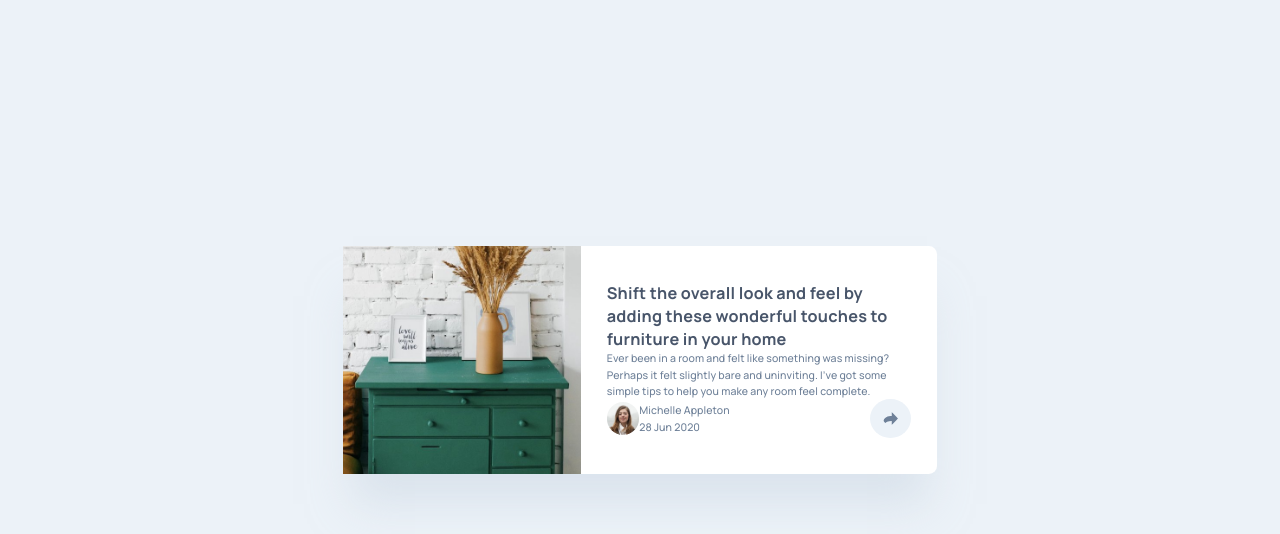
Repository: brandontaylor1/article-preview-component
Page: index.html
An editor plug-in stored every save of this project. The page is shown before and after the next save, followed by the edit.
The browser window is 1280 px wide. The pictures show the whole page.

Above is the page before, as saved 2025-01-13 22:14:18.

### index.html
<!DOCTYPE html>
<html lang="en">
<head>
    <meta charset="UTF-8">
    <meta name="viewport" content="width=device-width, initial-scale=1.0">
    <link rel="preconnect" href="https://fonts.googleapis.com">
    <link rel="preconnect" href="https://fonts.gstatic.com" crossorigin>
    <link href="https://fonts.googleapis.com/css2?family=Manrope:wght@200..800&display=swap" rel="stylesheet">
    <link rel="stylesheet" href="styles.css">
    <title>Article Preview Component</title>
</head>
<body>

    <div class="container">
        <main class="component">
            <div class="img-container">

            </div>
            <div class="component-content">
                <h2>Shift the overall look and feel by adding these wonderful touches to furniture in your home</h2>
                <p>Ever been in a room and felt like something was missing? Perhaps it felt slightly bare and uninviting. I’ve got some simple tips to help you make any room feel complete.</p>
                    <div class="social-box">
                        <div class="social-info">
                            <img src="./assets/images/avatar-michelle.jpg" alt="Picture of User Michelle">
                            <div class="social-info-text">
                                <p>Michelle Appleton</p>
                                <p>28 Jun 2020</p>
                        </div>
                    </div>
                    <img src="./assets/images/icon-share.svg" class="share-btn" alt="Share Icon">
                </div>
            </div>
        </main>
    </div>

    <script src="index.js"></script>
</body>
</html>

### styles.css
* {
    margin: 0;
    padding: 0;
    box-sizing: border-box;
}

:root {
    /* COLORS */
    --dark-grayish-blue: hsl(217, 19%, 35%);
    --desaturated-dark-blue: hsl(214, 17%, 51%);
    --grayish-blue: hsl(212, 23%, 69%);
    --light-grayish-blue: hsl(210, 46%, 95%);
}

html {
    font-size: 13px;
}

body {
    font-family: 'Nunito', sans-serif;
    background-color: var(--light-grayish-blue);
}

.container {
    height: 100vh;
    display: flex;
    justify-content: center;
    align-items: center;

}

.component {
    width: 45.625rem;
    height: 17.5rem;
    display: flex;
    align-items: center;
    justify-content: space-between;
    border-radius: 0.625rem;
    background: #FFF;
    box-shadow: 0px 40px 40px -10px rgba(201, 213, 225, 0.50);

}

.img-container {
    width: 21.87rem;
    height: 100%;
    display: flex;
    justify-content: center;
    align-items: center;
    background-image: url('./assets/images/drawers.jpg');
    background-size: cover;
    background-position: center;
    background-repeat: no-repeat;
}
/*
.img-container img {
    width: 100%;
    height: auto;
    border-radius: 0.625rem 0 0 0.625rem;
} */

.component-content {
    width: 32rem;
    padding: 2rem;
}

.component-content h2 {
    color: #48556A;
    font-family: Manrope;
    font-size: 1.25rem;
    font-style: normal;
    font-weight: 700;
    line-height: 1.75rem; /* 140% */
    letter-spacing: 0.01563rem;
    width: 100%;
}

.component-content p {
    color: #6E8098;
    font-family: Manrope;
    font-size: 0.8125rem;
    font-style: normal;
    font-weight: 500;
    line-height: 1.25rem; /* 153.846% */
    letter-spacing: 0.00763rem;
}

.social-box {
    display: flex;
    justify-content: space-between;
    align-items: center;
    width: 100%;
}

.social-info {
    display: flex;
    align-items: center;

}

.social-info img {
    width: 2.5rem;
    height: 2.5rem;
    border-radius: 50%;
}

.share-btn {
    padding: 1rem;
    background-color: var(--light-grayish-blue);
    border-radius: 50%;
}

Loaded but not shown: index.js (no stored copy; drawn as an empty file)

After the next save:
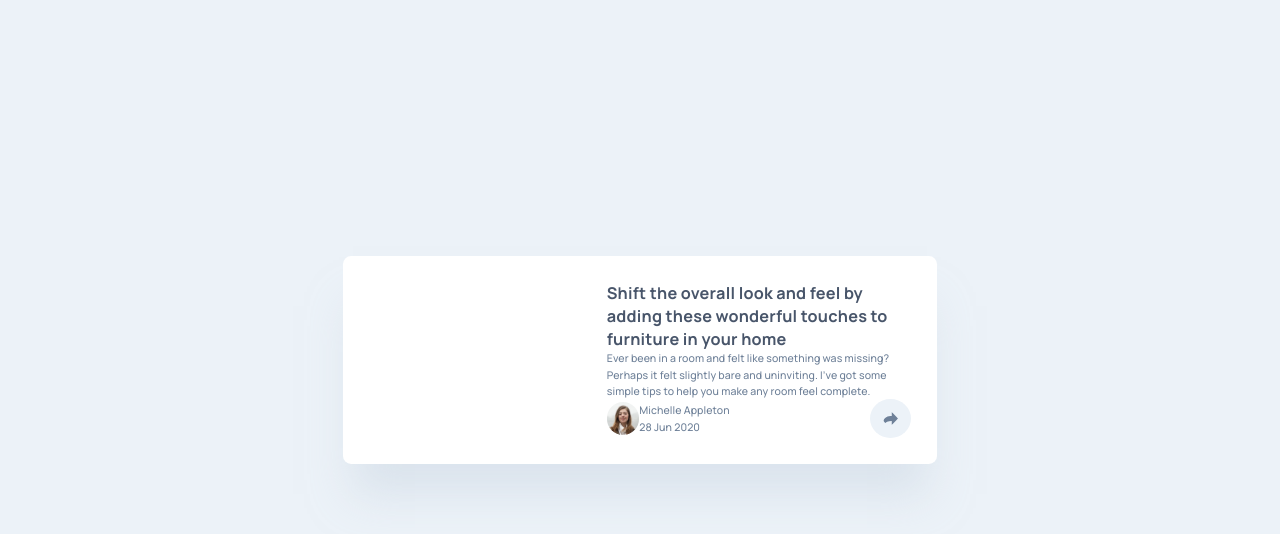
Saved 93 s later.
--- a/styles.css
+++ b/styles.css
@@ -31,7 +31,7 @@
 
 .component {
     width: 45.625rem;
-    height: 17.5rem;
+    height: auto;
     display: flex;
     align-items: center;
     justify-content: space-between;

After the save that followed:
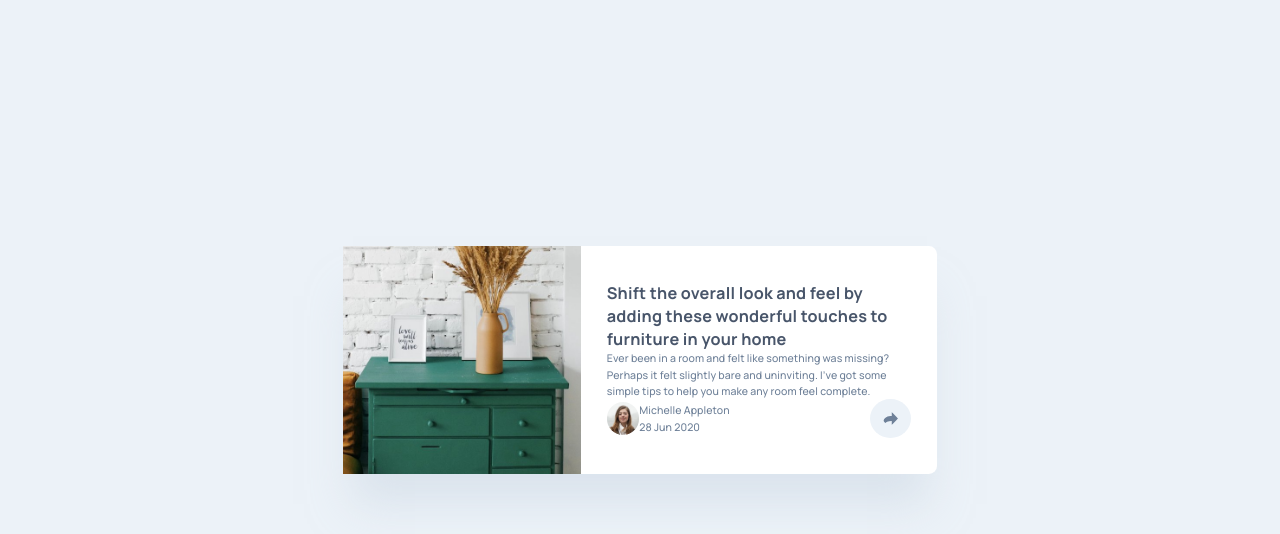
Saved 6 s later.
--- a/styles.css
+++ b/styles.css
@@ -31,7 +31,7 @@
 
 .component {
     width: 45.625rem;
-    height: auto;
+    height: 17.5rem;
     display: flex;
     align-items: center;
     justify-content: space-between;
